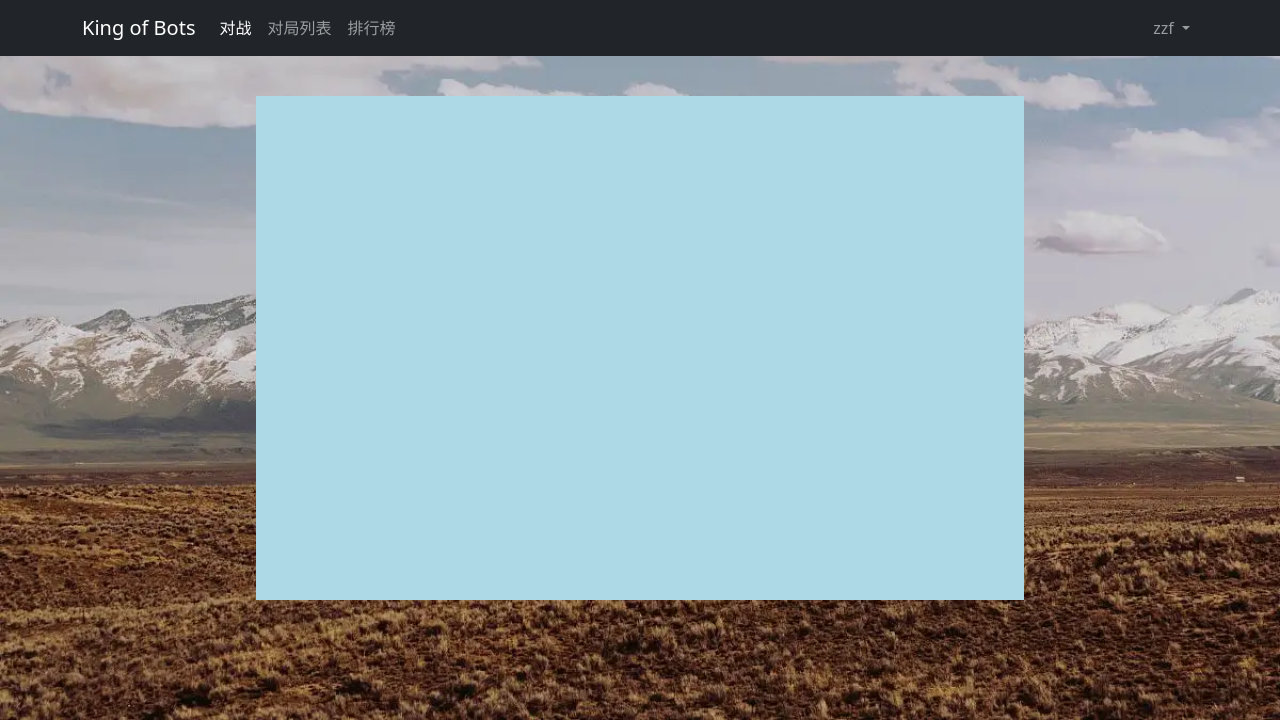
Repository: Chasingwind-Z/Kob
Page: / (app in web/)
These files come from the project's save history. The page is drawn as it stood at one moment and after the next save; the edit follows.
The browser window is 1280 px wide. The pictures show the whole page.
The project was rebuilt for these pictures with package versions that can differ from the ones it lists, and the page was loaded fresh each time. Also part of the build but not shown: web/vue.config.js, web/src/components/GameMap.vue, web/src/assets/scripts/AcGameObjest.js, web/src/assets/scripts/Wall.js, web/src/assets/scripts/GameMap.js, web/src/components/ContentField.vue, web/src/views/record/RecordIndexView.vue, web/src/views/ranklist/RanklistIndexView.vue and 2 more.

Above is the page before, as saved 2023-02-09 22:50:47.

After the next save:
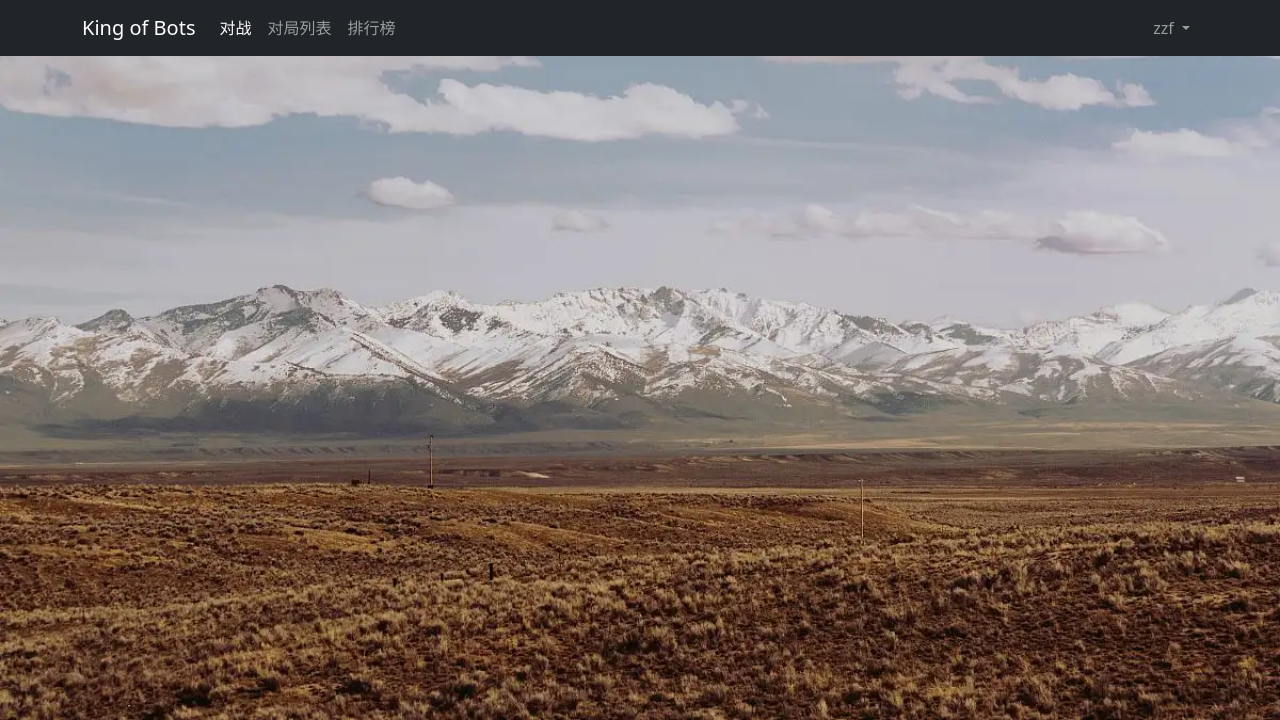
Saved 96 s later.
--- a/web/src/components/PlayGround.vue
+++ b/web/src/components/PlayGround.vue
@@ -18,7 +18,6 @@ export default {
 div.playground {
   width: 60vw;
   height: 70vh;
-  background: lightblue;
   margin: 40px auto;
 }
 </style>
